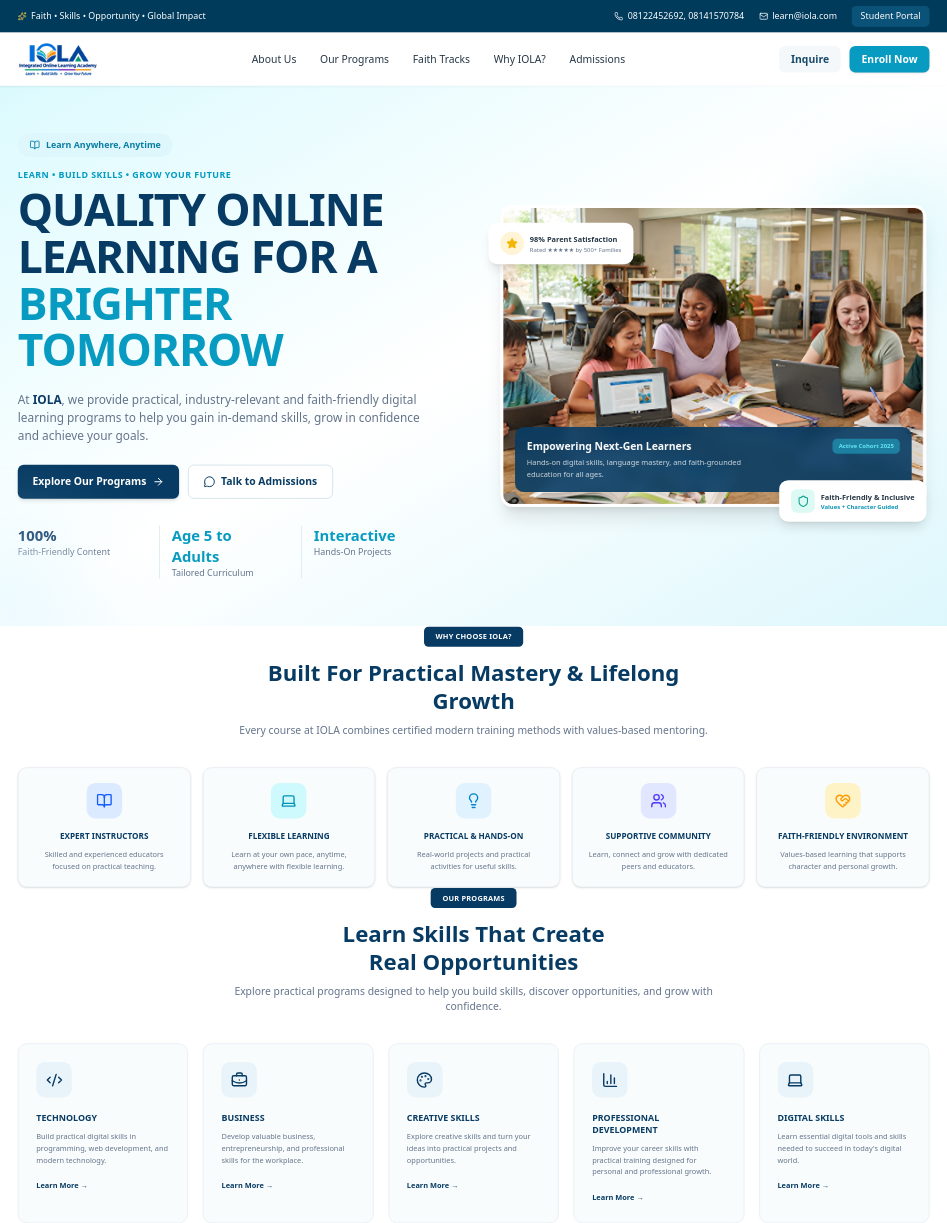
Repository: segunrotini/iola
Page: /
The author's editor kept a copy of each file at every save. The page is drawn from the files as they stood at one save, then again after the next save.
The browser window is 1280 px wide. The pictures show the whole page, at 74% of full size.
The project was rebuilt for these pictures with package versions that can differ from the ones it lists, and the page was loaded fresh each time. Also part of the build but not shown: vite.config.ts.

Above is the page before, as saved 2026-09-29 14:55:20.

After the next save:
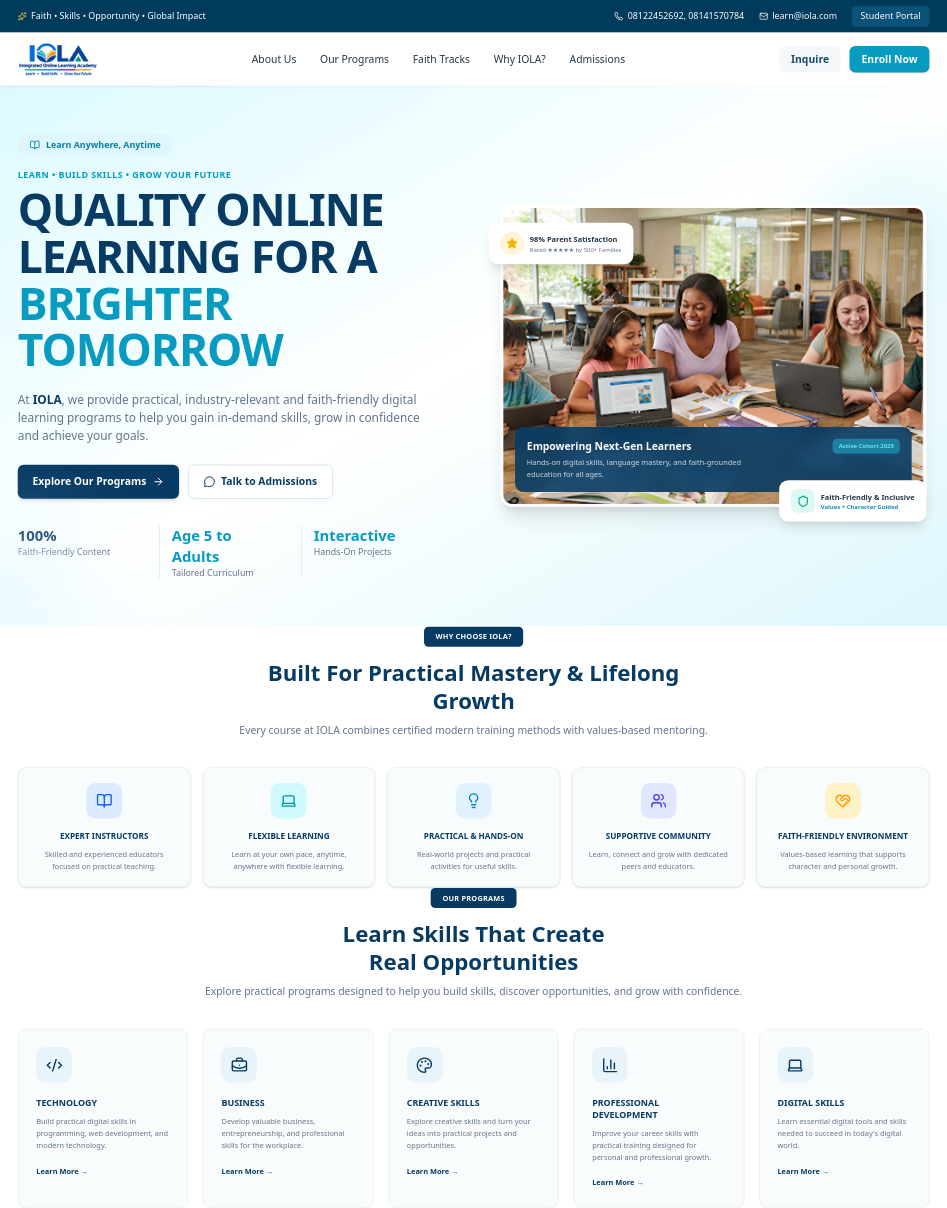
Saved 2 min 14 s later.
--- a/src/components/home/Programs.tsx
+++ b/src/components/home/Programs.tsx
@@ -44,7 +44,7 @@
   return (
 
       <div className="mx-auto max-w-7xl px-4 sm:px-6">
-        <div className="mx-auto max-w-2xl text-center">
+        <div className="mx-auto max-w-3xl text-center">
           <span className="inline-flex items-center rounded-md bg-[#073B63] px-4 py-1.5 text-[10px] font-bold uppercase tracking-wide text-white">
             Our Programs
           </span>
